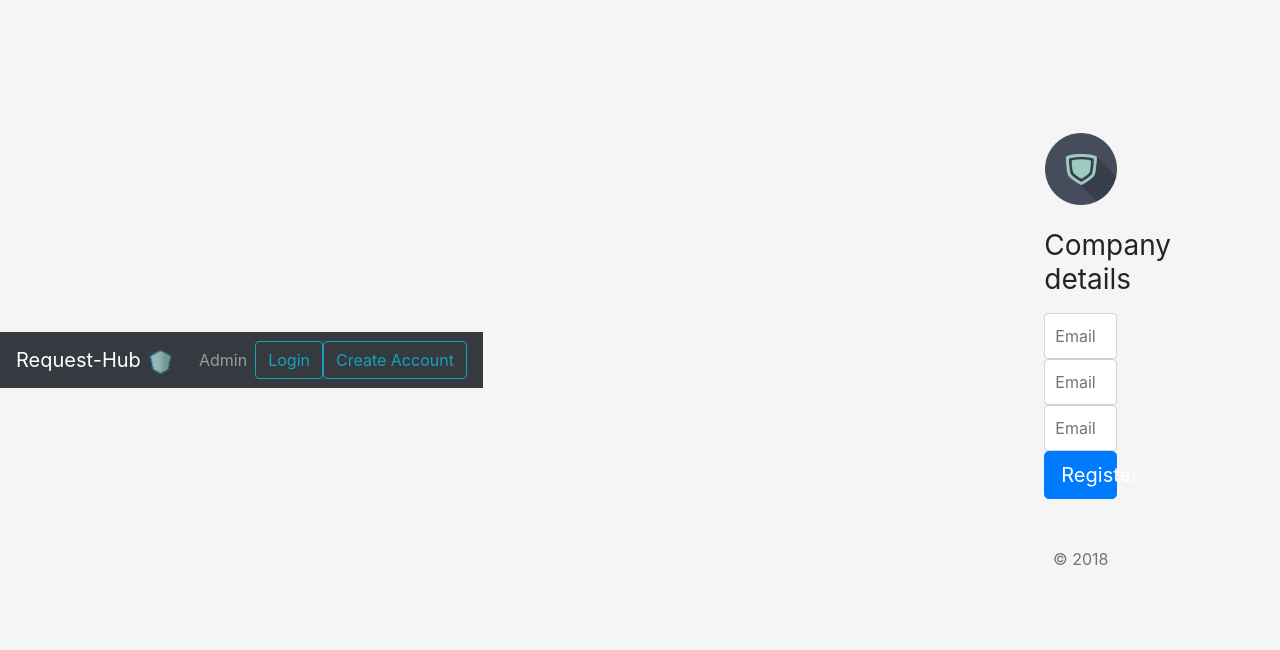
Repository: DonWhelan/Request-Hub
Page: http://localhost/newCompanyForm.php
The author's editor kept a record of every edit. The page is drawn from the files as they stood at one moment, then again after the next edit.
The browser window is 1280 px wide. The pictures show the whole page.
The page is run by PHP 8.4 with error messages shown; the project is at /var/www/html/.

Above is the page before.

After the next edit:
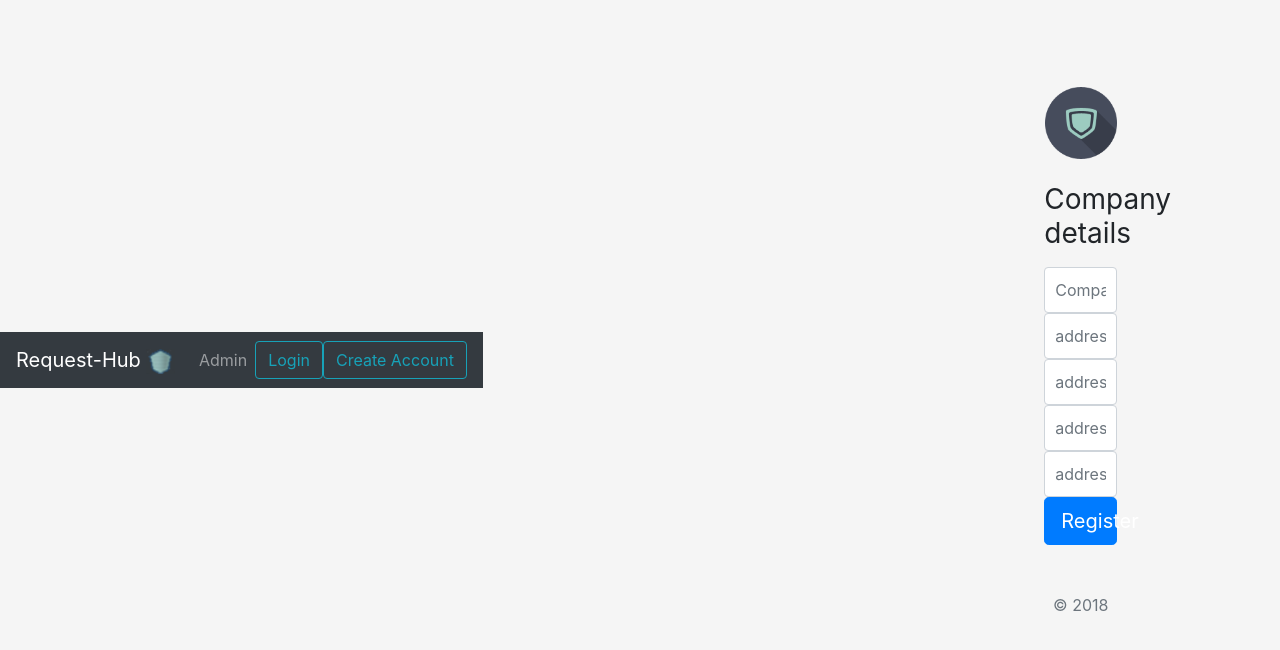
The edit:
--- a/newCompanyForm.php
+++ b/newCompanyForm.php
@@ -36,9 +36,11 @@
                     <form action="newUser.php" method="post" name="Login_Form" class="form-signin">
                         <img class="mb-4" src="assets/img/icons/services-1.png" alt="" width="72" height="72">
                         <h1 class="h3 mb-3 font-weight-normal">Company details</h1>
-                        <input type="text" class="form-control" name="email" placeholder="Email" required="" />
-                        <input type="text" class="form-control" name="email" placeholder="Email" required="" />
-                        <input type="text" class="form-control" name="email" placeholder="Email" required="" />
+                        <input type="text" class="form-control" name="companyName" placeholder="Company name" required="" />
+                        <input type="text" class="form-control" name="address" placeholder="address" required="" />
+                        <input type="text" class="form-control" name="address2" placeholder="address 2 (optional)" required="" />
+                        <input type="text" class="form-control" name="address2" placeholder="address 2 (optional)" required="" />
+                        <input type="text" class="form-control" name="address2" placeholder="address 2 (optional)" required="" />
                         <button class="btn btn-lg btn-primary btn-block" type="submit" value="Login">Register</button>
                         <p class="mt-5 mb-3 text-muted">&copy; 2018</p>
                     </form>
